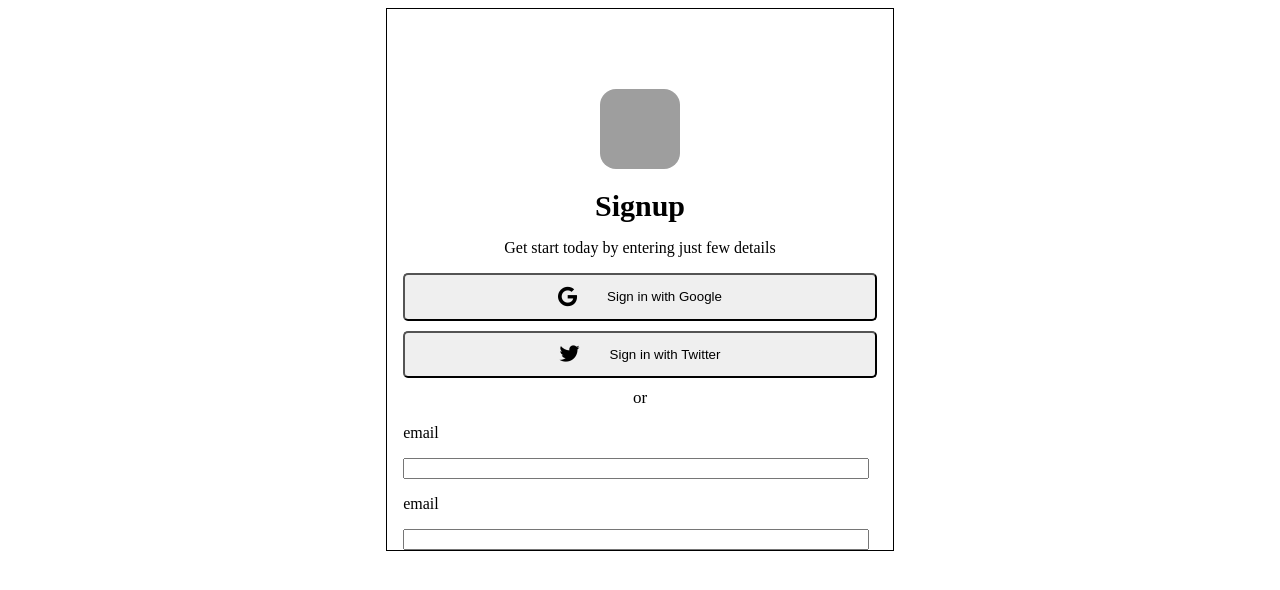
Repository: tungts3qb/Javascript
Page: sign-up/signup.html
The author's editor kept a copy of each file at every save. The page is drawn from the files as they stood at one save, then again after the next save.
The browser window is 1280 px wide. The pictures show the whole page.
Pictures or frames that could not be fetched are drawn as grey boxes.

Above is the page before, as saved 2022-12-26 22:33:35.

### sign-up/signup.html
<!DOCTYPE html>
<html lang="en">
  <head>
    <meta charset="UTF-8" />
    <meta http-equiv="X-UA-Compatible" content="IE=edge" />
    <meta name="viewport" content="width=device-width, initial-scale=1.0" />
    <link
      rel="stylesheet"
      href="https://cdnjs.cloudflare.com/ajax/libs/font-awesome/6.2.1/css/all.min.css"
      integrity="sha512-MV7K8+y+gLIBoVD59lQIYicR65iaqukzvf/nwasF0nqhPay5w/9lJmVM2hMDcnK1OnMGCdVK+iQrJ7lzPJQd1w=="
      crossorigin="anonymous"
      referrerpolicy="no-referrer"
    />
    <link rel="stylesheet" href="sign-up.css" />
    <title>Sign up</title>
  </head>
  <body>
    <div class="sign-up-form">
      <div class="sign-up-icon">
        <img
          src="https://images.unsplash.com/photo-1672037253340-1b8b99e8dceb?ixlib=rb-4.0.3&ixid=MnwxMjA3fDB8MHxwaG90by1wYWdlfHx8fGVufDB8fHx8&auto=format&fit=crop&w=387&q=80"
          alt="avatar"
          class="sign-up-logo"
        />
      </div>
      <h3 class="sign-up-title">Signup</h3>
      <p class="sign-up-desc">Get start today by entering just few details</p>
      <div class="sign-up-buttons">
        <button class="sign-up-google">
          <i class="fa-brands fa-google"></i>
          <p>Sign in with Google</p>
        </button>
        <button class="sign-up-twitter">
          <i class="fa-brands fa-twitter"></i>
          <p>Sign in with Twitter</p>
        </button>
      </div>
      <div class="sign-up-or">or</div>
      <form action="" class="sign-up-input">
        <p class="sign-up-email">email</p>
        <input type="email" name="" id="" class="input_email" />
        <p class="sign-up-password">email</p>
        <input type="password" name="" id="" class="input_password" />
      </form>
    </div>
  </body>
</html>

### sign-up/sign-up.css
.sign-up-form {
  width: 40%;
  height: auto;
  border: 1px solid black;
  margin: 0 auto;
}

.sign-up-icon img {
  width: 5rem;
  height: 5rem;
  border-radius: 1rem;
  object-fit: cover;
  margin-top: 5rem;
}

.sign-up-icon {
  display: flex;
  align-items: center;
  justify-content: center;
}

.sign-up-title {
  text-align: center;
  font-size: 30px;
  margin-top: 20px;
  margin-bottom: 10px;
}

.sign-up-desc {
  text-align: center;
}

.sign-up-buttons {
  display: flex;
  flex-direction: column;
  align-items: center;
}

.sign-up-google,
.sign-up-twitter {
  width: calc(100% - 2rem);
  display: flex;
  text-align: center;
  justify-content: center;
  margin-bottom: 10px;
  border-radius: 5px;
}

.sign-up-google i,
.sign-up-twitter i {
  margin-right: 20px;
  font-size: 20px;
  margin: auto 0;
  padding-right: 30px;
}

.sign-up-or {
  text-align: center;
  font-size: 17px;
}

.sign-up-input {
  margin-left: 1rem;
  margin-right: 2rem;
}

.sign-up-input input {
  width: 100%;
}

After the next save:
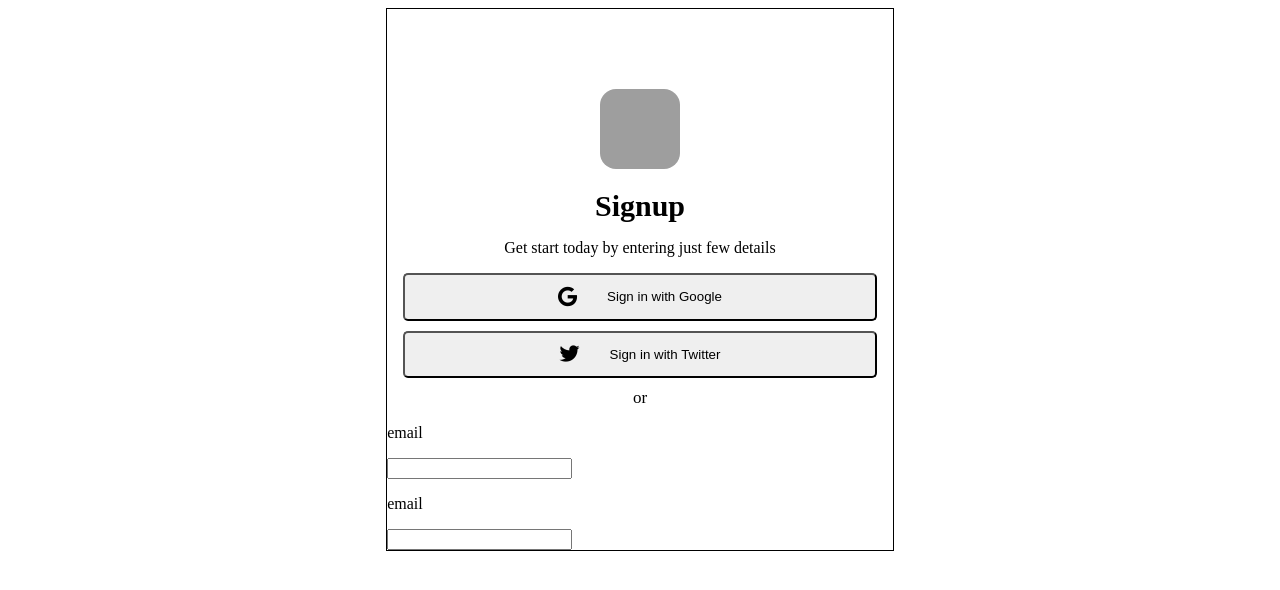
Saved 9 s later.
--- a/sign-up/sign-up.css
+++ b/sign-up/sign-up.css
@@ -58,12 +58,3 @@
   text-align: center;
   font-size: 17px;
 }
-
-.sign-up-input {
-  margin-left: 1rem;
-  margin-right: 2rem;
-}
-
-.sign-up-input input {
-  width: 100%;
-}
